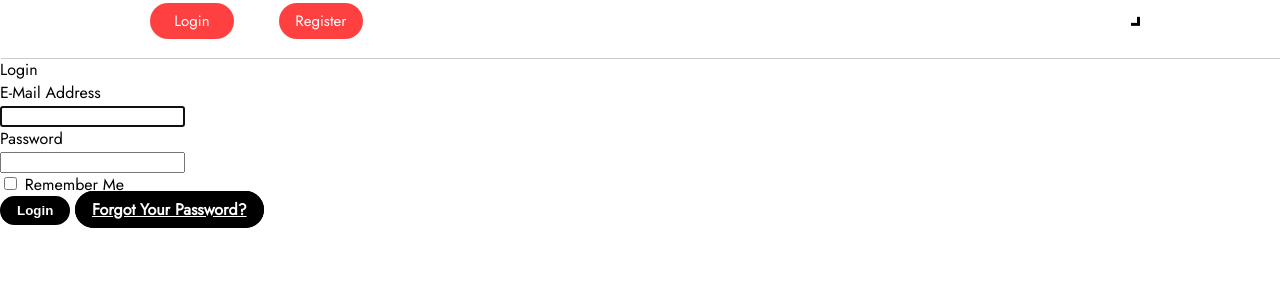
Repository: PatryxB/bikeService
Page: http://localhost/login
The author's editor kept a copy of each file at every save. The page is drawn from the files as they stood at one save, then again after the next save.
The browser window is 1280 px wide. The pictures show the whole page.
The page is served by the project's Laravel application, run on PHP 8.4 with Laravel 8. Style sheets and scripts are compiled from the project's sources, by tool versions that may differ from the author's.

Above is the page before, as saved 2020-05-14 12:13:37.

After the next save:
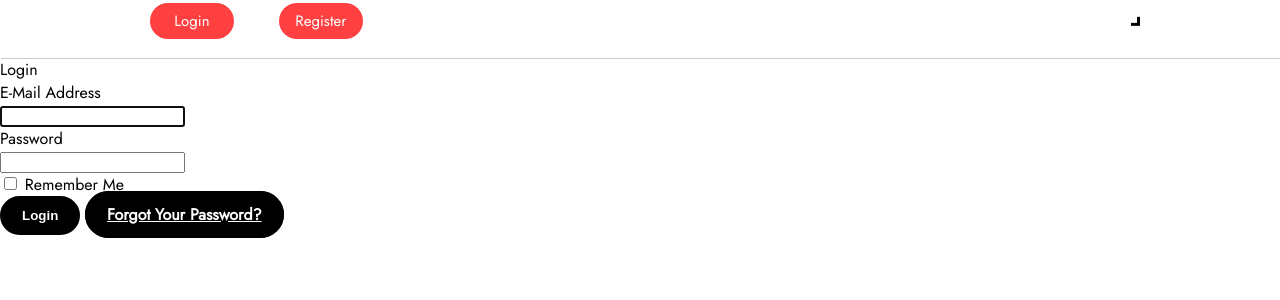
Saved 33 s later.
--- a/resources/sass/app.scss
+++ b/resources/sass/app.scss
@@ -88,8 +88,8 @@ h2{
     color: white;
     border: 2px solid black;
     border-radius: 25px;
-    padding: 5px;
-    padding-left: 15px;
-    padding-right: 15px;
+    padding: 10px;
+    padding-left: 20px;
+    padding-right: 20px;
     font-weight: bold;
 }
